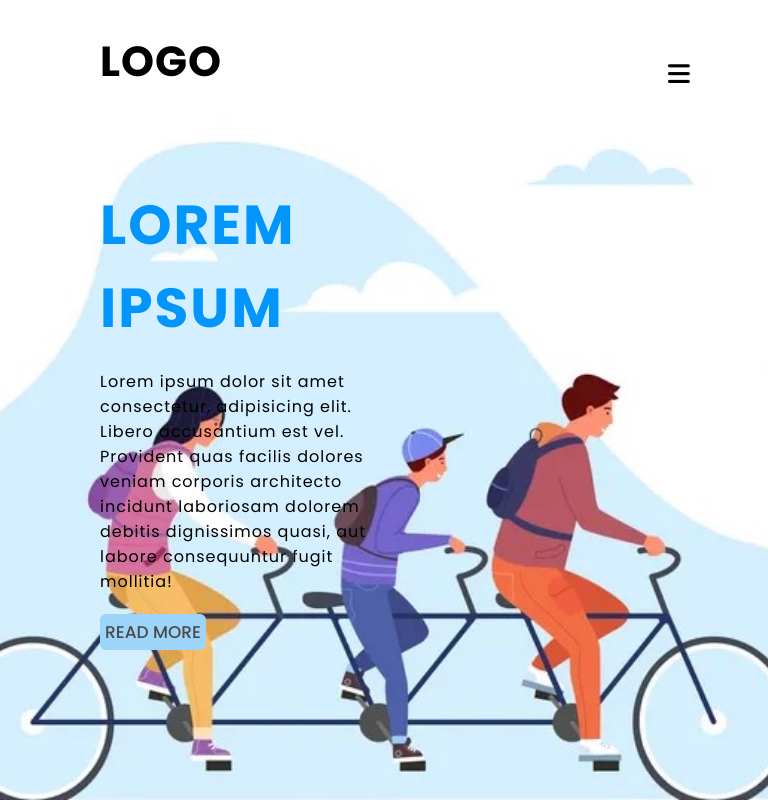
Repository: nganha241/1806
Page: index.html
The author's editor kept a copy of each file at every save. The page is drawn from the files as they stood at one save, then again after the next save.
The browser window is 768 px wide. The pictures show the whole page.
Some web libraries are served in a nearby version.

Above is the page before, as saved 2022-06-18 16:41:28.

After the next save:
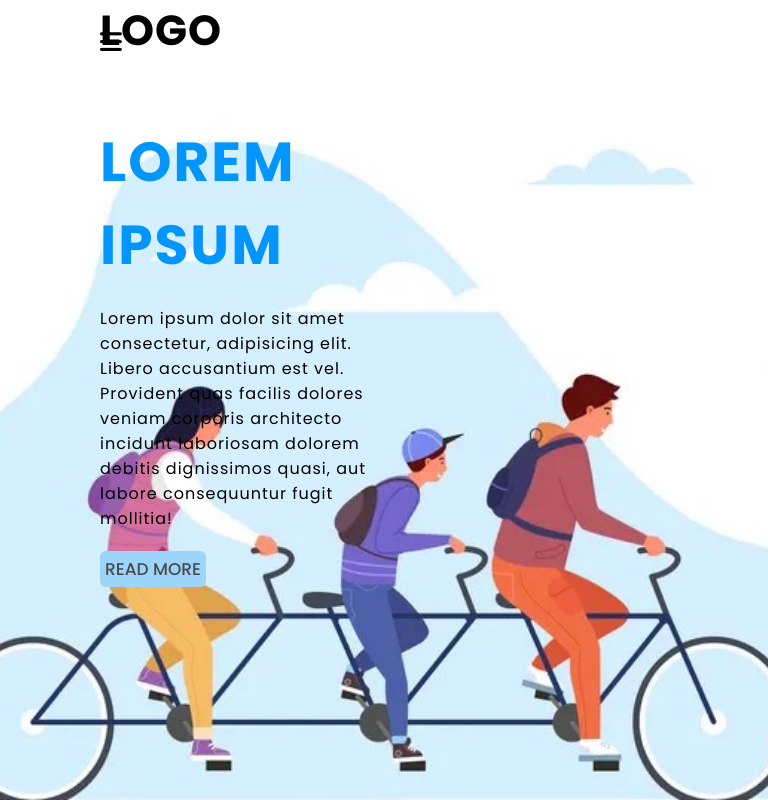
Saved 43 s later.
--- a/style.css
+++ b/style.css
@@ -157,4 +157,9 @@ label {
     label .menu-btn {
         position: absolute;
     }
+
+    header .logo {
+        position: absolute;
+
+    }
 }
